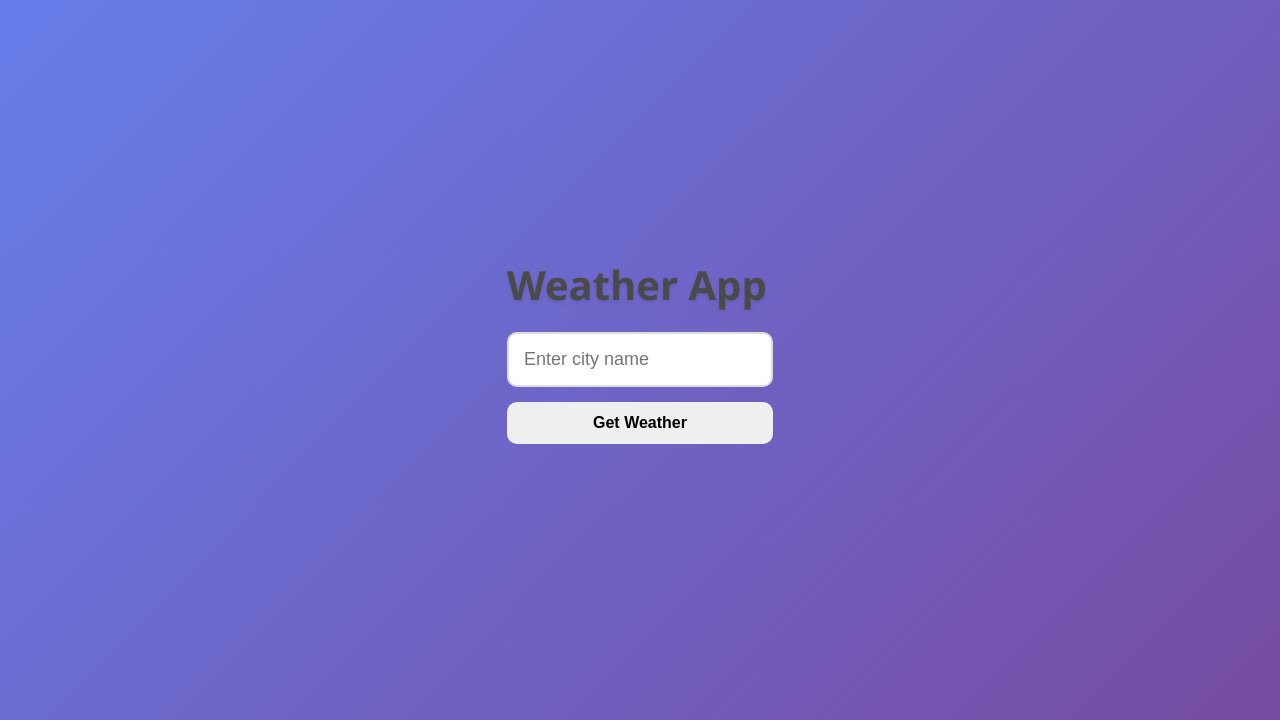
Repository: kalpna-kumari7/weather-app
Page: / (app in weather-app/)
These files come from the project's save history. The page is drawn as it stood at one moment and after a run of saves; the edit follows.
The browser window is 1280 px wide. The pictures show the whole page.
The project was rebuilt for these pictures with package versions that can differ from the ones it lists, and the page was loaded fresh each time. Also part of the build but not shown: weather-app/src/WeatherDisplay.js.

Above is the page before, as saved 2026-01-21 16:49:57.

After the next 2 saves:
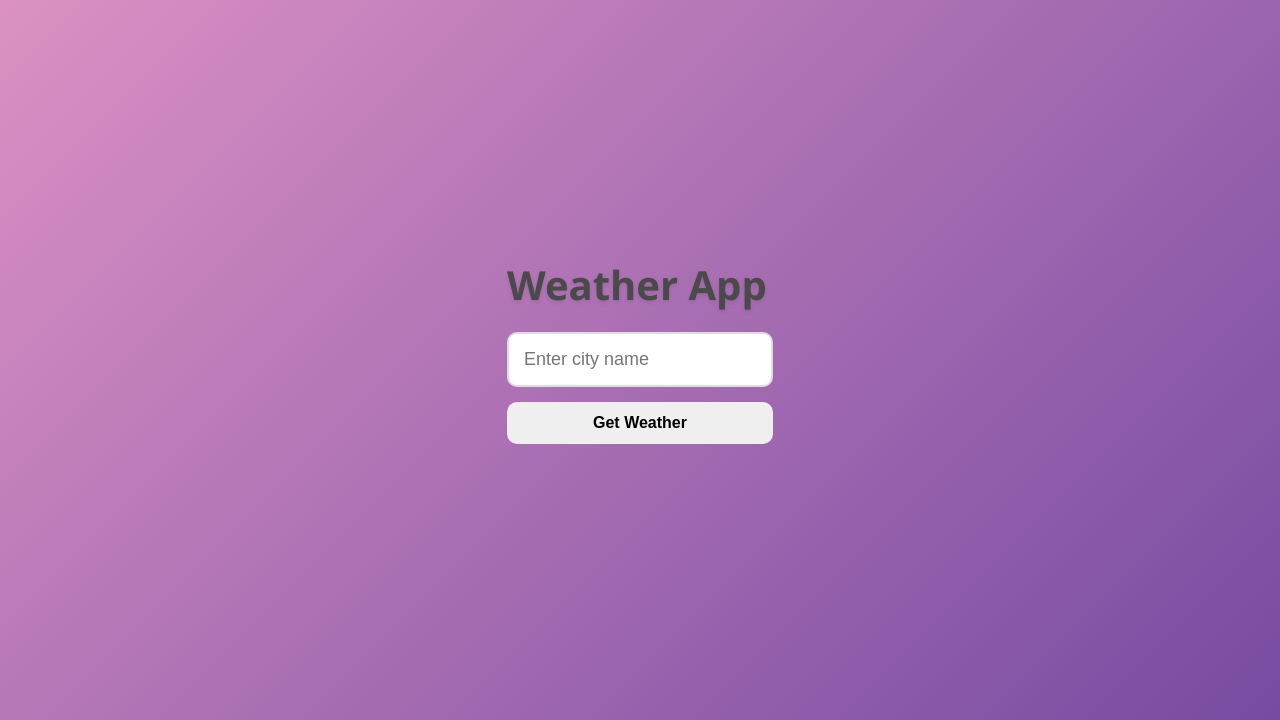
The 2 saves are shown as one change because they came seconds apart.
The last was saved 51 s later.
--- a/weather-app/src/App.css
+++ b/weather-app/src/App.css
@@ -7,7 +7,7 @@
 
 body {
   font-family: 'Segoe UI', Tahoma, Geneva, Verdana, sans-serif;
-  background: linear-gradient(135deg, #667eea 0%, #764ba2 100%); /* Gradient background */
+  background: linear-gradient(135deg, #db91c3 0%, #764ba2 100%); /* Gradient background */
   color: #333;
   min-height: 100vh;
   display: flex;
